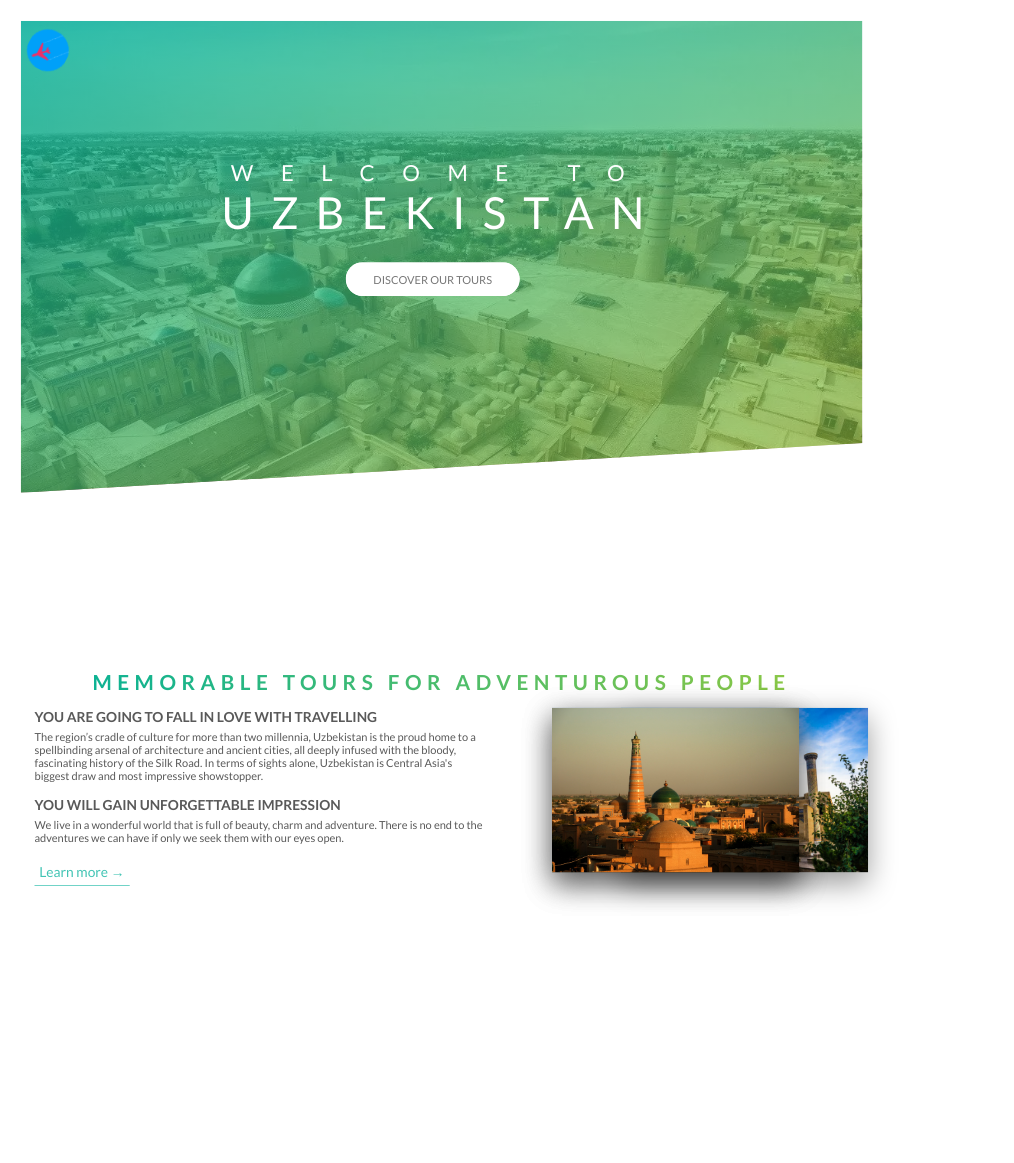
Repository: bmbrdr/UzTours
Page: index.html
An editor plug-in stored every save of this project. The page is shown before and after the next save, followed by the edit.
The browser window is 1280 px wide. The page is 1470 px wide, so the pictures cover 1470 px, including what lies to the right of the window. The pictures show the whole page, at 69% of full size.
The style sheet was rebuilt from its Sass, Less or Tailwind sources for each picture, by a compiler version that may differ from the author's.

Above is the page before, as saved 2021-08-09 14:53:51.

After the next save:
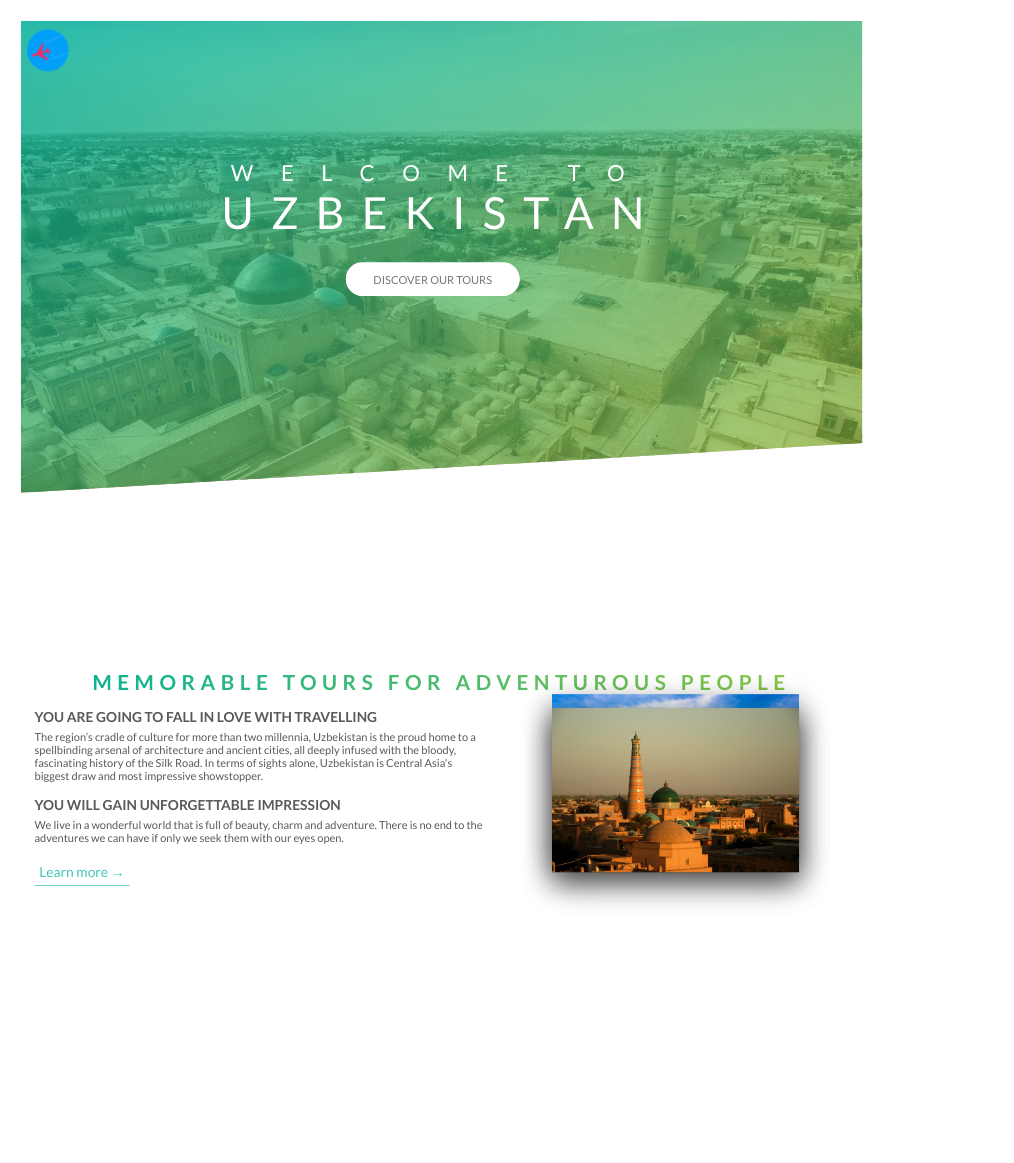
Saved 38 s later.
--- a/style/components/_images.scss
+++ b/style/components/_images.scss
@@ -10,6 +10,7 @@
       transition: all .2s;
 
     &--1{
-      left:10rem;
+      left:0;
+      top:-2rem;
     }}
     }
